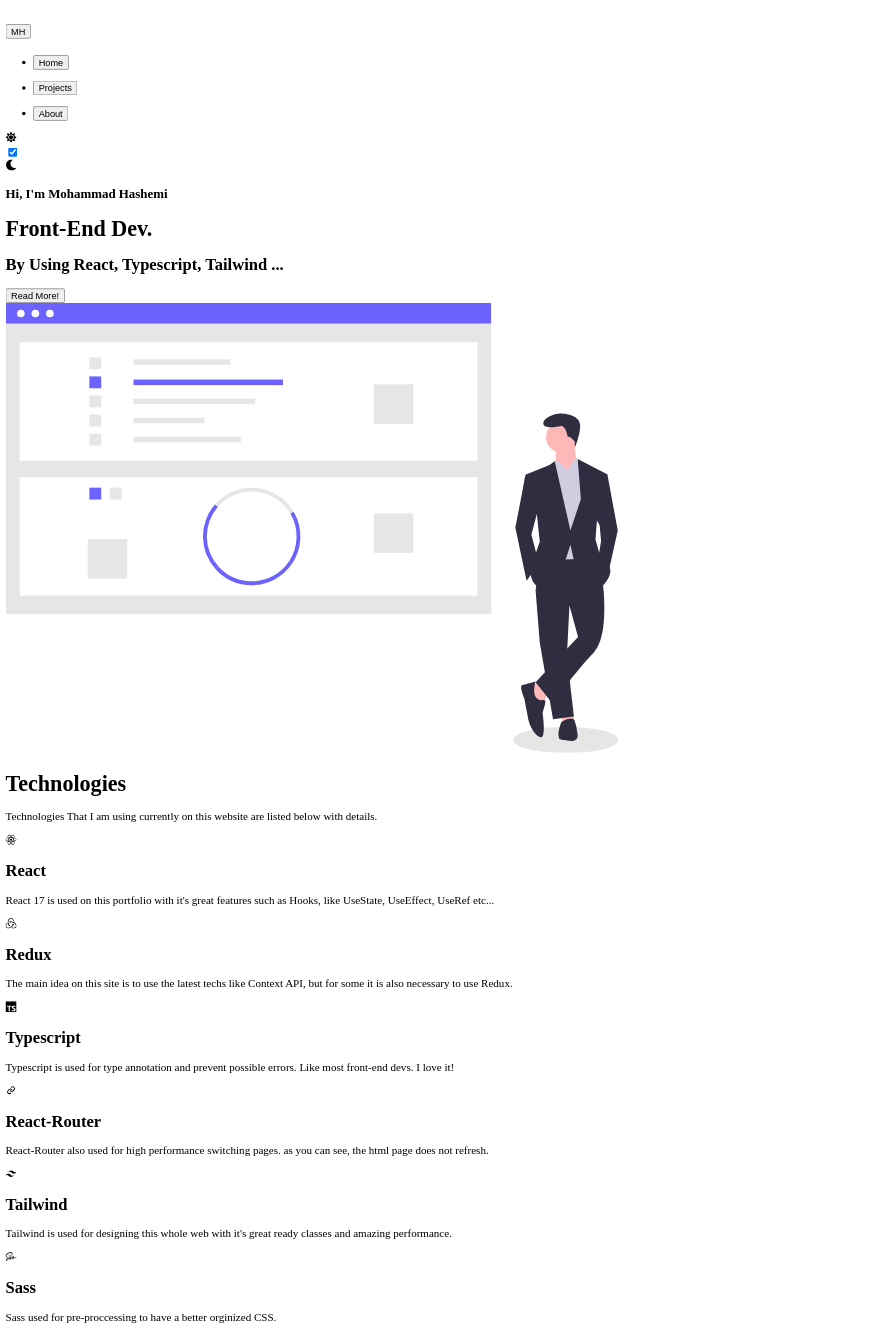
Repository: SMohammadH/react-typescript-tailwind
Page: /
An editor plug-in stored every save of this project. The page is shown before and after the next save, followed by the edit.
The browser window is 1280 px wide. The pictures show the whole page, at 69% of full size.
The project was rebuilt for these pictures with package versions that can differ from the ones it lists, and the page was loaded fresh each time. Also part of the build but not shown: craco.config.js.

Above is the page before, as saved 2021-02-04 07:27:44.

After the next save:
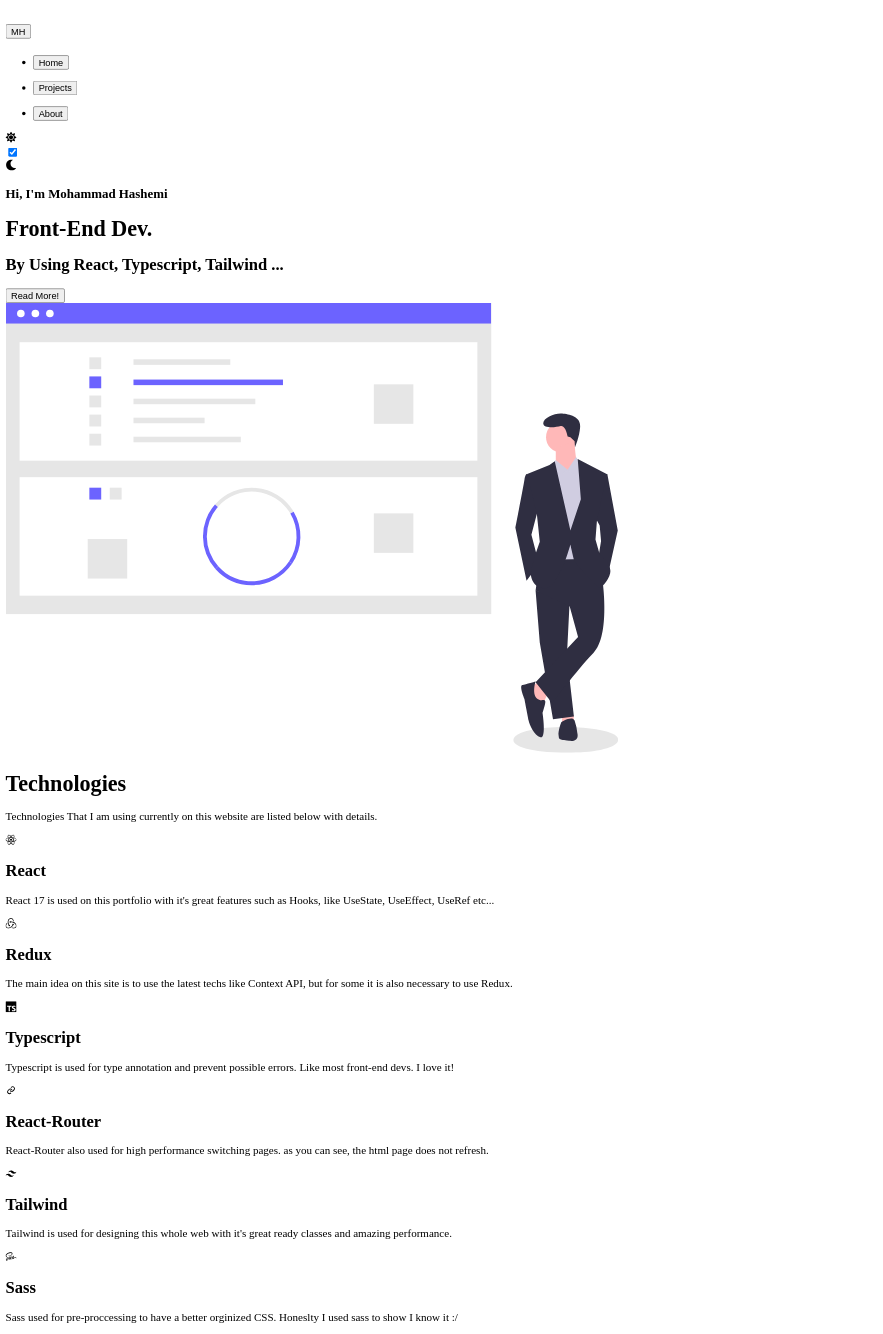
Saved 47 s later.
--- a/src/components/SecondSection.tsx
+++ b/src/components/SecondSection.tsx
@@ -22,7 +22,10 @@
   {
     tailwind: `Tailwind is used for designing this whole web with it's great ready classes and amazing performance.`,
   },
-  { sass: 'Sass used for pre-proccessing to have a better orginized CSS.' },
+  {
+    sass:
+      'Sass used for pre-proccessing to have a better orginized CSS. Honeslty I used sass to show I know it :/',
+  },
 ];
 console.log(text[0].react);
 
